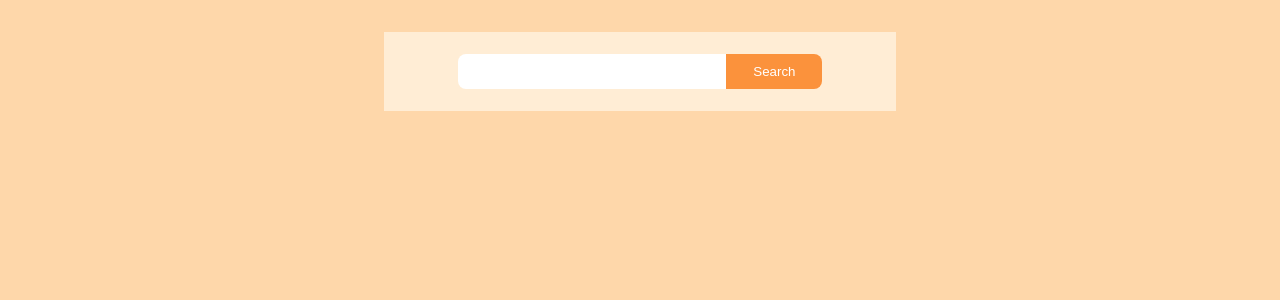
Repository: sandipkarmokar/recipeApp
Page: /
The author's editor kept a copy of each file at every save. The page is drawn from the files as they stood at one save, then again after the next save.
The browser window is 1280 px wide. The pictures show the whole page.
The project was rebuilt for these pictures with package versions that can differ from the ones it lists, and the page was loaded fresh each time.

Above is the page before, as saved 2022-04-16 11:56:40.

### src/App.js
import { useState } from 'react';
import './App.css';
import SearchBar from './components/searchBar';

const App = () => {
    const [query, setQuery] = useState('');
    const [recipeList, setRecipeList] = useState([]);
    const [isLoading, setIsLoading] = useState(true);
    const [recipeId, setRecipeId] = useState('');

    const url = `https://forkify-api.herokuapp.com/api/search?q=${query}`;
    const recipeUrl = `https://forkify-api.herokuapp.com/api/get?rId=${recipeId}`;

    return (
        <div className="app">
            <div className="app-container">
                <SearchBar></SearchBar>
                <div className="recipe-modal"></div>
            </div>
        </div>
    );
};

export default App;

### src/App.css
* {
    margin: 0;
    padding: 0;
    box-sizing: border-box;
}

.app {
    height: 100vh;
    width: 100vw;
    background-color: #fed7aa;
}

.app .app-container {
    margin: 0 auto;
    width: 80%;
    padding: 2rem 0;
    display: flex;
    justify-content: center;
}

.app .app-container .searchBar {
    width: 50%;
    background-color: #ffedd5;
    padding: 1.4rem 1rem;
}
.app .app-container .searchBar .searchBar-container {
    width: 80%;
    margin: 0 auto;
    display: flex;
    justify-content: center;
}
.app .app-container .searchBar .searchBar-container input {
    width: 70%;
    padding: 0.4rem 1rem;
    border: none;
    border-radius: 0.5rem 0 0 0.5rem;
}

.app .app-container .searchBar .searchBar-container button {
    width: 25%;
    padding: 0.6rem 1rem;
    background-color: #fb923c;
    border: none;
    color: #fff;
    border-radius: 0 0.5rem 0.5rem 0;
}

### src/components/searchBar.js
import React from 'react';

const SearchBar = () => {
    return (
        <div className="searchBar">
            <form className="searchBar-container">
                <input type="text" />
                <button type="submit">Search</button>
            </form>
        </div>
    );
};

export default SearchBar;

Loaded but not shown: public/index.html (common file); src/index.js (common file); src/index.css (common file); src/reportWebVitals.js (common file)

After the next save:
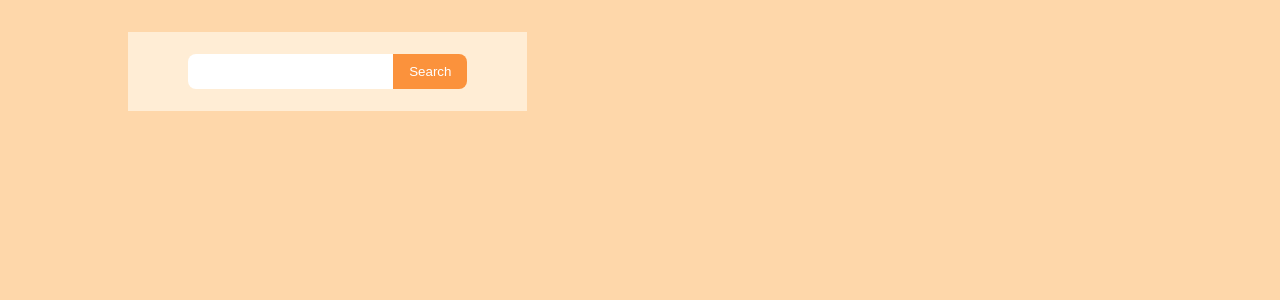
Saved 16 s later.
--- a/src/App.css
+++ b/src/App.css
@@ -44,3 +44,7 @@
     color: #fff;
     border-radius: 0 0.5rem 0.5rem 0;
 }
+
+.app .app-container .recipe-modal {
+    width: 80%;
+}

After the save that followed:
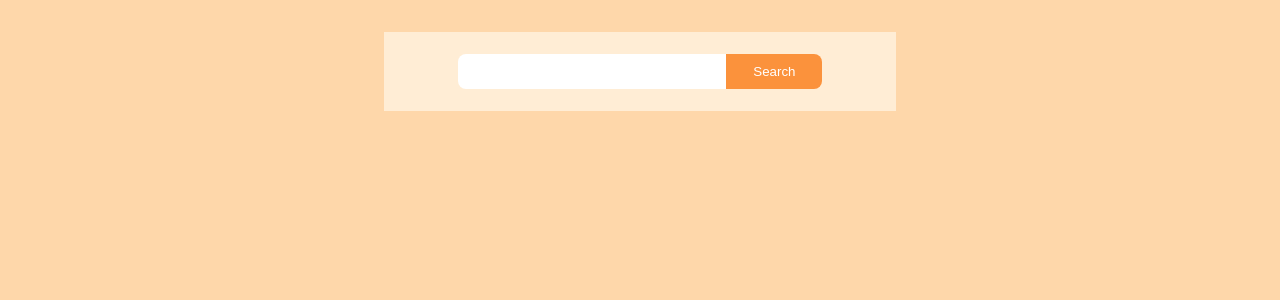
Saved 9 s later.
--- a/src/App.css
+++ b/src/App.css
@@ -46,5 +46,4 @@
 }
 
 .app .app-container .recipe-modal {
-    width: 80%;
 }
